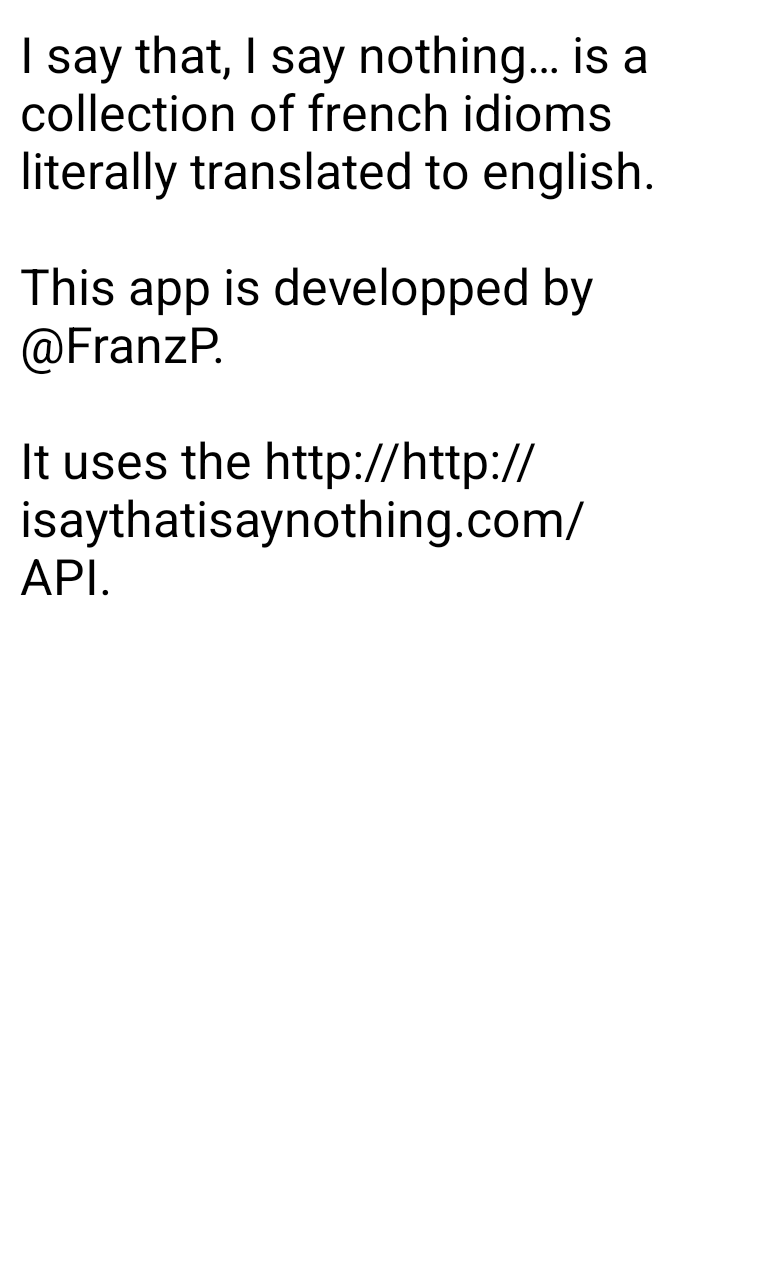
Repository: FranzPoize/ISTISN-Android
Layout: istisn/res/layout/about.xml
The author's editor kept a copy of each file at every save. The layout is drawn from the files as they stood at one save, then again after the next save.
It is drawn on a 768 x 1280 px phone screen (xhdpi) without system bars, with theme android:Theme.NoTitleBar.Fullscreen; the app's code is not run.

Above is the layout before, as saved 2012-11-27 04:35:54.

After the next save:
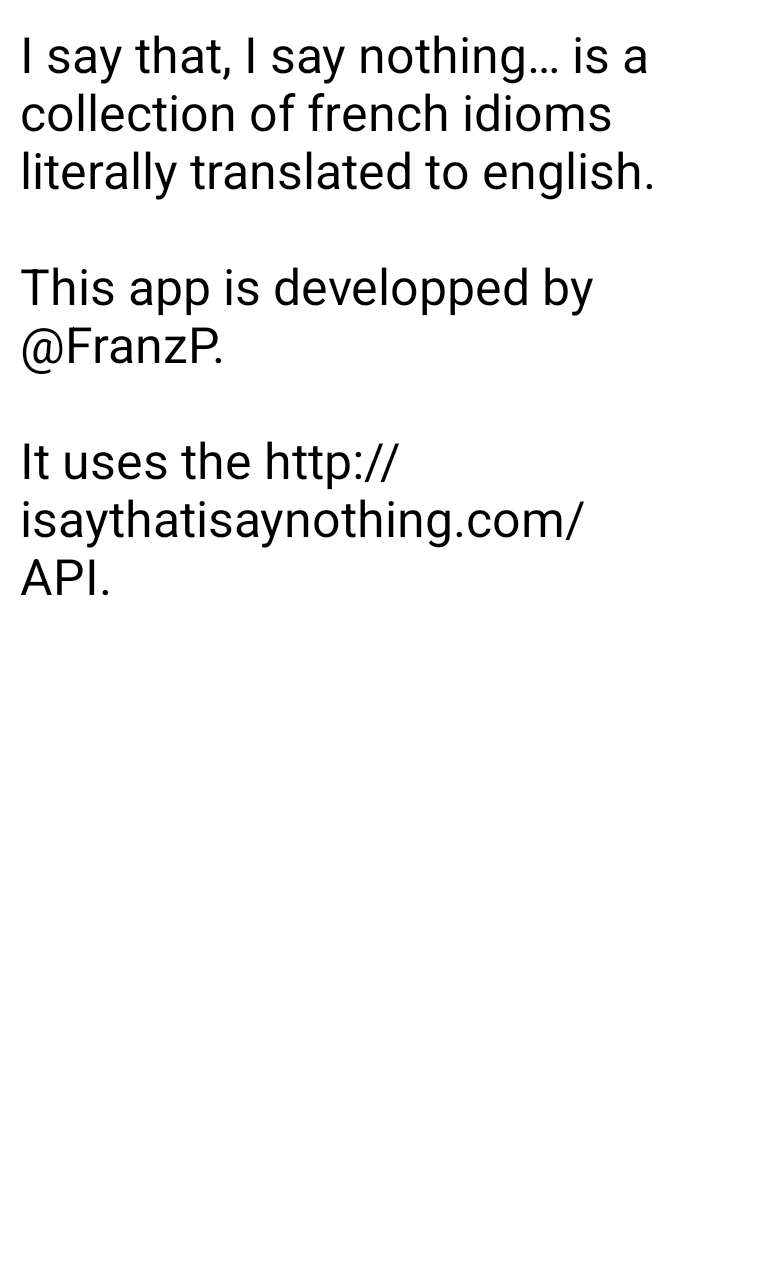
Saved 46 s later.
--- a/istisn/res/values/strings.xml
+++ b/istisn/res/values/strings.xml
@@ -4,6 +4,6 @@
     <string name="hello_world">Hello world!</string>
     <string name="menu_settings">Settings</string>
     <string name="title_activity_istisn">Istisn</string>
-    <string name="about_start">I say that, I say nothing…" is a collection of french idioms literally translated to english.\n\nThis app is developped by @FranzP.\n\nIt uses the http://http://isaythatisaynothing.com/ API.</string>
+    <string name="about_start">I say that, I say nothing…" is a collection of french idioms literally translated to english.\n\nThis app is developped by @FranzP.\n\nIt uses the http://isaythatisaynothing.com/ API.</string>
 
 </resources>
